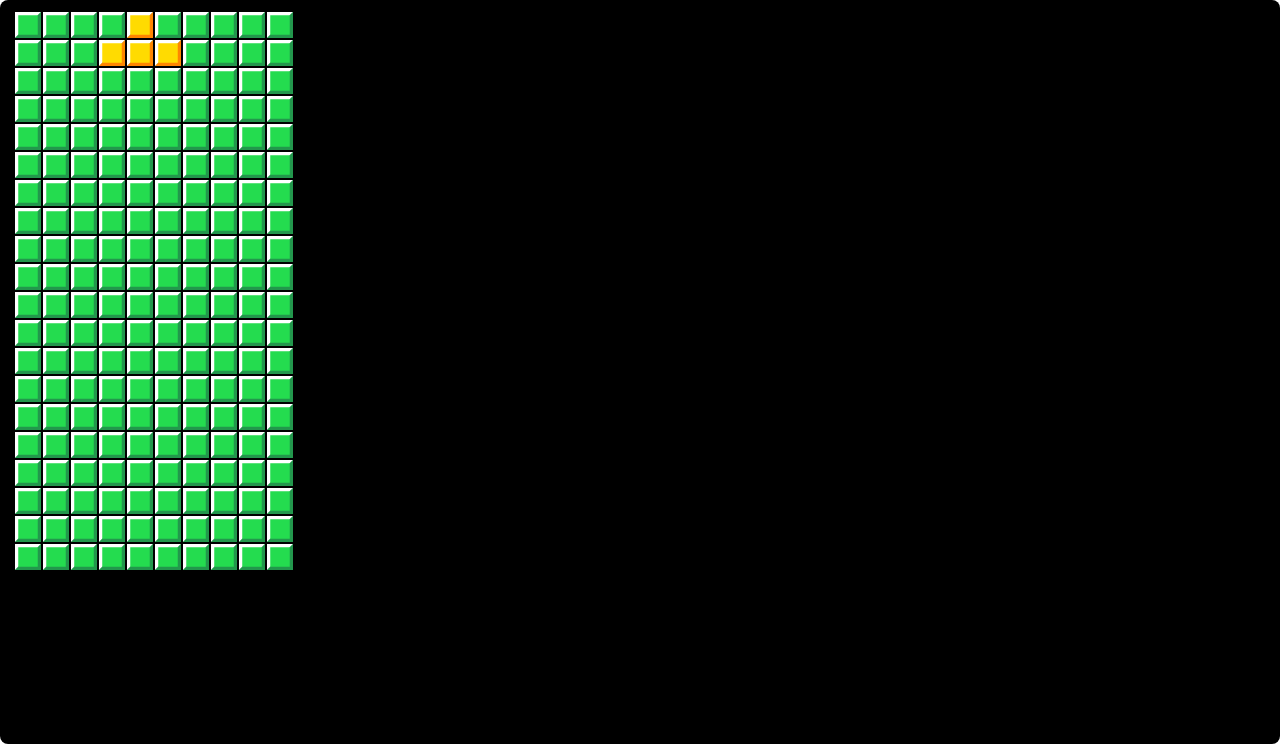
Repository: powidev/Epik-Tetris
Page: index.html
The author's editor kept a copy of each file at every save. The page is drawn from the files as they stood at one save, then again after the next save.
The browser window is 1280 px wide. The pictures show the whole page.

Above is the page before, as saved 2025-05-20 10:23:36.

### index.html
<!DOCTYPE html>
<html lang="en">
<head>
    <meta charset="UTF-8">
    <meta name="viewport" content="width=device-width, initial-scale=1.0">
    <title>Tetris</title>
    <link rel="stylesheet" href="style.css">
</head>
<body>
    <div class="canvas-container">
        <canvas id="canvas-tetris" width="300" height="600"></canvas>
    </div>

    <script src="scripts/main.js" type="module"></script>
</body>
</html>

### style.css
body {
    display: flex;
    margin: 0;
    padding: 0;
}
.canvas-container {
    width: 100%;
    height: 100vh;
    background-color: black;
    padding: 12px 15px;
    border-radius: 8px;
}

### scripts/main.js
import { BoardTetris } from "/scripts/boardTetris.js";
import { Tetromino, TetraminoTypes } from "/scripts/tetromino.js";

const canvasTetris = document.getElementById("canvas-tetris");
const rows = 20;
const cols = 10;
const cellSize = 26;
const space = 2;

const boardTetris = new BoardTetris(canvasTetris, rows, cols, cellSize, space);

const tetrominoType = TetraminoTypes.T;
const tetromino = new Tetromino(canvasTetris, cellSize, tetrominoType.shapes, tetrominoType.initPosition, tetrominoType.id);

function update() {

    boardTetris.draw();
    tetromino.draw(boardTetris);
    requestAnimationFrame(update);
}

update();

### scripts/boardTetris.js
import { Grid } from '/scripts/grid.js';

export class BoardTetris extends Grid {
    constructor(canvas, rows, cols, cellSize, space) {
        super(canvas, rows, cols, cellSize, space);
    }

    isInside(row, col){
        return row >= 0 && row < this.rows && col >= 0 && col < this.cols;
    }
    isEmpty(row, col){
        return this.matriz[row][col] === 0 && this.isInside(row, col);
    }
    isRowFull(row){
        return this.matriz[row].every(element => element !== 0);
    }
    isRowEmpty(row){
        return this.matriz[row].every(element => element === 0);
    }
    clearRow(row){
        this.matriz[row].fill(0);
    }
    moveRowDown(row, numRows){
        this.matriz[row + numRows] = this.matriz[row].slice();
        this.clearRow(row);
    }
    clearFullRows(){
        let cont = 0;

        for(let row  = this.rows - 1; row >= 0; row--){
            if(this.isRowFull(row)){
                this.clearRow(row);
                cont++;
            }
            else if(cont > 0){
                this.moveRowDown(row, cont);
            }
        }
        return cont;
    }
    gameOver(){
        return !(this.isRowEmpty(0));
    }
}

### scripts/tetromino.js

class Position{
    constructor(row, column){
        this.row = row;
        this.column = column;
    }
}

class Tetromino {
    constructor(canvas, cellSize, shapes = [], initPosition = new Position(), id=1) {
        this.canvas = canvas;
        this.ctx = this.canvas.getContext('2d');
        this.cellSize = cellSize;
        this.shapes = shapes;
        this.rotation = 0;
        this.initPosition = initPosition;
        this.position = new Position(this.initPosition.row, this.initPosition.column);
        this.id = id;
    }
    drawSquare(x, y, side, color) {
        this.ctx.fillStyle = color;
        this.ctx.fillRect(x, y, side, side);
    }
    drawTriangle(x1, y1, x2, y2, x3, y3, color) {
        this.ctx.beginPath();
        this.ctx.moveTo(x1, y1);
        this.ctx.lineTo(x2, y2);
        this.ctx.lineTo(x3, y3);
        this.ctx.closePath();
        this.ctx.fillStyle = color;
        this.ctx.fill();
    }
    getColorPalette(id) {
        const palette = {
            1:{
                rightTriangle : "#FE8601",
                leftTriangle : "#FFFFFF",
                square : "#FFDB01"
            },
            2:{
                rightTriangle : "#FE5E02",
                leftTriangle : "#FFFFFF",
                square : "#FE8602"
            },
            3:{
                rightTriangle : "#B5193B",
                leftTriangle : "#FFFFFF",
                square : "#EE1B2E"
            },
            4:{
                rightTriangle : "#22974C",
                leftTriangle : "#FFFFFF",
                square : "#24DC4F"
            },
            5:{
                rightTriangle : "#49BDFF",
                leftTriangle : "#FFFFFF",
                square : "#2D97F7"
            },
            6:{
                rightTriangle : "#0000C9",
                leftTriangle : "#FFFFFF",
                square : "#0101F0"
            },
            7:{
                rightTriangle : "#8500D3",
                leftTriangle : "#FFFFFF",
                square : "#A000F1"
            }
        }
        return palette[id] || palette[1];
    }
    drawBlock(x, y, id){
        const margin = this.cellSize / 8;
        const palette = this.getColorPalette(id);

        this.drawTriangle(
            x, y,
            x + this.cellSize, y,
            x, y + this.cellSize,
            palette.leftTriangle
        );

        this.drawTriangle(
            x + this.cellSize, y,
            x + this.cellSize, y + this.cellSize,
            x, y + this.cellSize,
            palette.rightTriangle
        );

        this.drawSquare(
            x + margin,
            y + margin,
            this.cellSize - (margin * 2),
            palette.square
        );
    }
    currentShape(){
        return this.shapes[this.rotation];
    }
    draw(grid){
        const shape = this.currentShape();
        for(let i = 0; i < shape.length; i++){
            const position = grid.getCoordinates(
                this.position.column + shape[i].column,
                this.position.row + shape[i].row
            );
            this.drawBlock(position.x, position.y, this.id);
        }
    }
    currentPosition(){
        const positions = [];
        const shape = this.currentShape();
        for(let i = 0; i < shape.length; i++){
            positions.push(new Position(
                this.position.row + shape[i].row,
                this.position.column + shape[i].column
            ));
        }
        return positions;
    }
    move(row, column){
        this.position.row += row;
        this.position.column += column;
    }
    reset(){
        this.rotation = 0;
        this.position = new Position(this.initPosition.row, this.initPosition.column);
    }
}

const TetraminoTypes = {
    T:{
        id:1,
        initPosition: new Position(0, 3),
        shapes: [
            [new Position(0, 1), new Position(1, 0), new Position(1, 1), new Position(1, 2)],
            [new Position(0, 1), new Position(1, 1), new Position(1, 2), new Position(2, 1)],
            [new Position(1, 0), new Position(1, 1), new Position(1, 2), new Position(2, 1)],
            [new Position(0, 1), new Position(1, 0), new Position(1, 1), new Position(2, 1)]
        ]
    },
    O:{
        id:2,
        initPosition: new Position(0, 4),
        shapes: [
            [new Position(0, 0), new Position(0, 1), new Position(1, 0), new Position(1, 1)]
        ]
    },
    I:{
        id:3,
        initPosition: new Position(-1, 3),
        shapes: [
            [new Position(1, 0), new Position(1, 1), new Position(1, 2), new Position(1, 3)],
            [new Position(0, 2), new Position(1, 2), new Position(2, 2), new Position(3, 2)],
            [new Position(2, 0), new Position(2, 1), new Position(2, 2), new Position(2, 3)],
            [new Position(0, 1), new Position(1, 1), new Position(2, 1), new Position(3, 1)]
        ]
    },
    S:{
        id:4,
        initPosition: new Position(0, 3),
        shapes: [
            [new Position(0, 1), new Position(0, 2), new Position(1, 0), new Position(1, 1)],
            [new Position(0, 1), new Position(1, 1), new Position(1, 2), new Position(2, 2)],
            [new Position(1, 1), new Position(1, 2), new Position(2, 0), new Position(2, 1)],
            [new Position(0, 0), new Position(1, 0), new Position(1, 1), new Position(2, 1)]
        ]
    },
    Z:{
        id:5,
        initPosition: new Position(0, 3),
        shapes: [
            [new Position(0, 0), new Position(0, 1), new Position(1, 1), new Position(1, 2)],
            [new Position(0, 2), new Position(1, 1), new Position(1, 2), new Position(2, 1)],
            [new Position(1, 0), new Position(1, 1), new Position(2, 1), new Position(2, 2)],
            [new Position(0, 1), new Position(1, 0), new Position(1, 1), new Position(2, 0)]
        ]
    },
    J:{
        id:6,
        initPosition: new Position(0, 3),
        shapes: [
            [new Position(0, 0), new Position(1, 0), new Position(1, 1), new Position(1, 2)],
            [new Position(0, 1), new Position(0, 2), new Position(1, 1), new Position(2, 1)],
            [new Position(1, 0), new Position(1, 1), new Position(1, 2), new Position(2, 2)],
            [new Position(0, 1), new Position(1, 1), new Position(2, 0), new Position(2, 1)]
        ]
    },
    L:{
        id:7,
        initPosition: new Position(0, 3),
        shapes: [
            [new Position(0, 2), new Position(1, 0), new Position(1, 1), new Position(1, 2)],
            [new Position(0, 1), new Position(1, 1), new Position(2, 1), new Position(2, 2)],
            [new Position(1, 0), new Position(1, 1), new Position(1, 2), new Position(2, 0)],
            [new Position(0, 0), new Position(0, 1), new Position(1, 1), new Position(2, 1)]
        ]
    }
};

class TetrominosBag {
    constructor(canvas, cellSize){
        this.canvas = canvas;
        this.cellSize = cellSize;
        this.bag = [];
    }

    fillbag(){
        const tetrominosTypes = [
            tetrominosTypes.T,
            tetrominosTypes.O,
            tetrominosTypes.I,
            tetrominosTypes.S,
            tetrominosTypes.Z,
            tetrominosTypes.J,
            tetrominosTypes.L
        ]
        this.bag.length = 0;
        tetrominosTypes.forEach(type=>{
            this.bag.push(new Position(
                this.canvas,
                this.cellSize,
                type.shapes,
                type.initPosition,
                type.id
            ));
        });

        for(let i = this.bag.length - 1; i>0 ; i--){
            let j = Math.floor(Math.random() * (i + 1));
            [this.bag[i], this.bag[j]] = [this.bag[j], this.bag[i]];
        }
    }

    nextTetromino(){
        if(this.bag.length === 0){
            this.fillbag();
        }
        return this.bag.pop();
    }
}

export { Position, Tetromino, TetraminoTypes };

### scripts/grid.js
import { Tetromino } from '/scripts/tetromino.js';

export class Grid {
    constructor(canvas, rows, cols, cellSize, space) {
        this.canvas = canvas;
        this.ctx = canvas.getContext('2d');
        this.rows = rows;
        this.cols = cols;
        this.cellSize = cellSize;
        this.space = space;
        this.matriz = [];
        this.restartMatriz();

        this.canvas.width = this.cols * this.cellSize + (this.space * this.cols);
        this.canvas.height = this.rows * this.cellSize + (this.space * this.rows);

        this.block = new Tetromino(this.canvas, this.cellSize);
    }

    restartMatriz(){
        for(let r = 0; r < this.rows; r++){
            this.matriz[r] = [];
            for(let c = 0; c < this.cols; c++){
                this.matriz[r][c] = 4;
            }
        }
    }

    drawSquare(x, y, side, color, borderColor) {
        const bordeSize = side / 10;

        this.ctx.fillStyle = color;
        this.ctx.fillRect(x, y, side, side);

        this.ctx.strokeStyle = borderColor;
        this.ctx.lineWidth = bordeSize;
        this.ctx.strokeRect(x+bordeSize/2, y+bordeSize/2, side-bordeSize, side-bordeSize);
    }

    getCoordinates(col, row){
        return {x: col * (this.cellSize + this.space), y: row * (this.cellSize + this.space)};
    }

    draw(){
        for(let r = 0; r < this.rows; r++){
            for(let c = 0; c < this.cols; c++){
                const position = this.getCoordinates(c, r);
                if(this.matriz[r][c] !== 0){
                    this.block.drawBlock(position.x,position.y,this.matriz[r][c]);
                }
                else{
                    this.drawSquare(position.x, position.y, this.cellSize, "#000", "#303030");
                }
            }
        }
        this.printMatriz();
    }

    printMatriz(){
        let text = "";
        this.matriz.forEach((row) => {
            text += row.join(" ") + "\n";
        });
        console.log(text);
    }
}

After the next save:
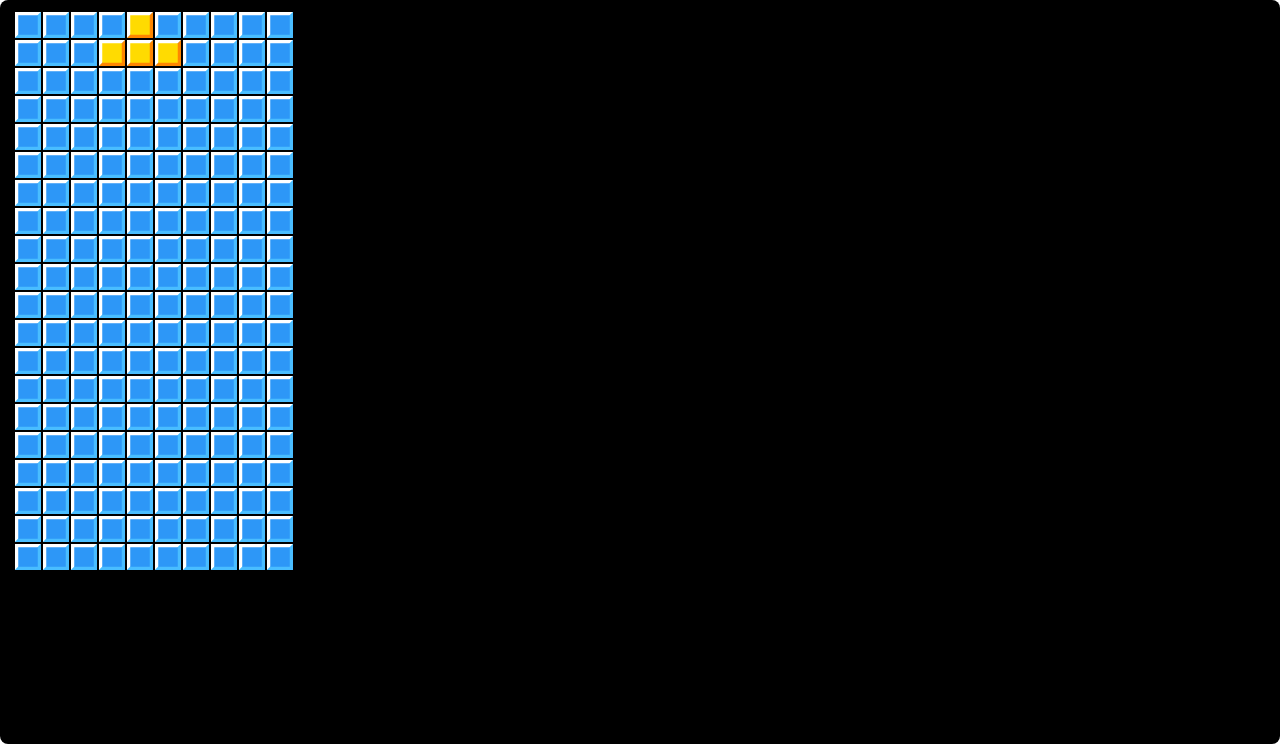
Saved 7 s later.
--- a/scripts/grid.js
+++ b/scripts/grid.js
@@ -21,7 +21,7 @@ export class Grid {
         for(let r = 0; r < this.rows; r++){
             this.matriz[r] = [];
             for(let c = 0; c < this.cols; c++){
-                this.matriz[r][c] = 4;
+                this.matriz[r][c] = 5;
             }
         }
     }
